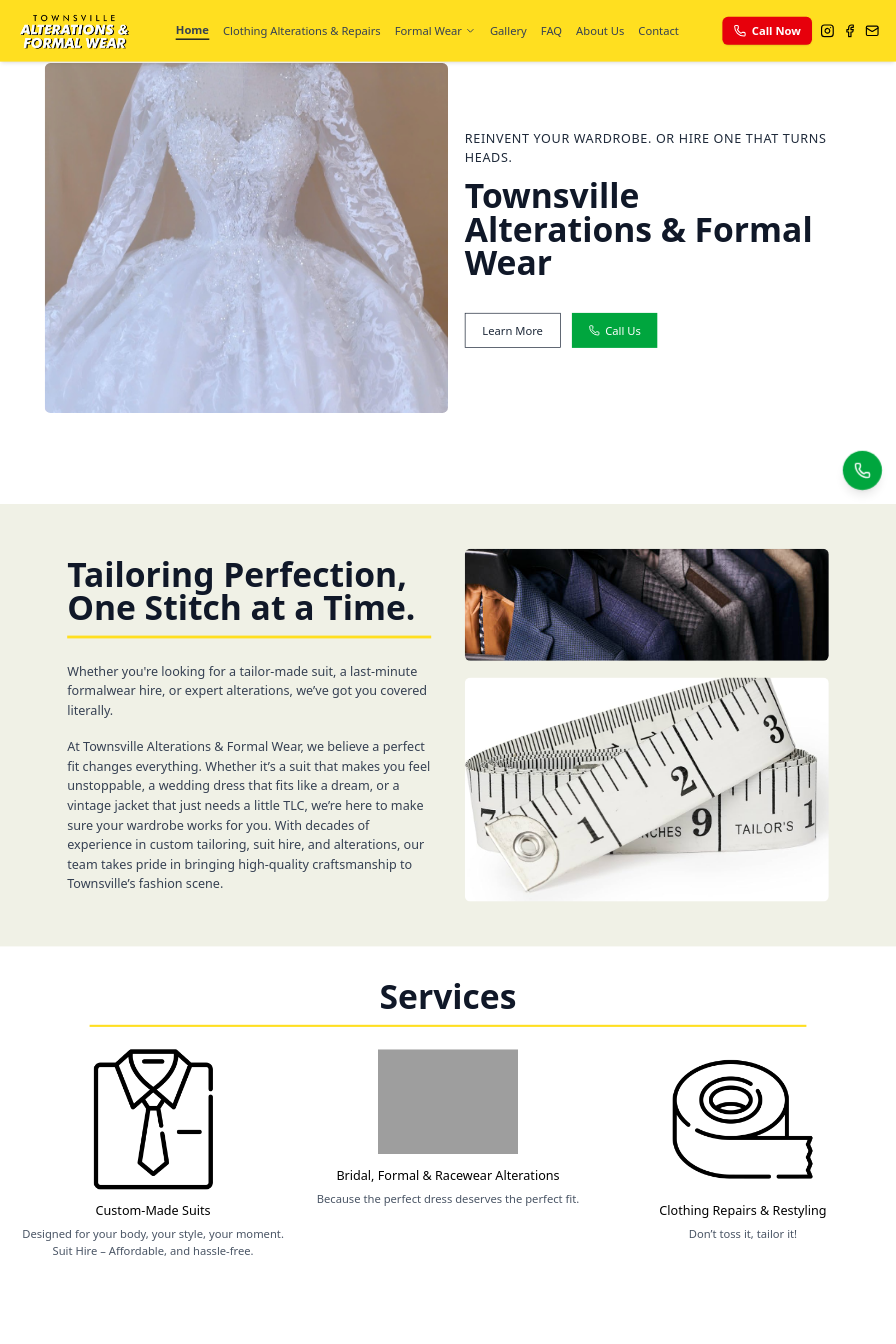
Repository: tarekhasan1/townsville-alteration
Page: /
The author's editor kept a copy of each file at every save. The page is drawn from the files as they stood at one save, then again after the next save.
The browser window is 1280 px wide. The pictures show the part of the page from y = 0 to 1920 px (the page is 3274 px tall), at 70% of full size.
Pictures or frames that could not be fetched are drawn as grey boxes. The page's requests for data from a server got no answer. The project was rebuilt for these pictures with package versions that can differ from the ones it lists, and the page was loaded fresh each time. The framework's server and built-in components were replaced by stand-ins that run in the browser. No one was signed in, and anything a server would have sent is missing. Also part of the build but not shown: next.config.ts.

Above is the page before, as saved 2026-01-23 19:38:30.

After the next save:
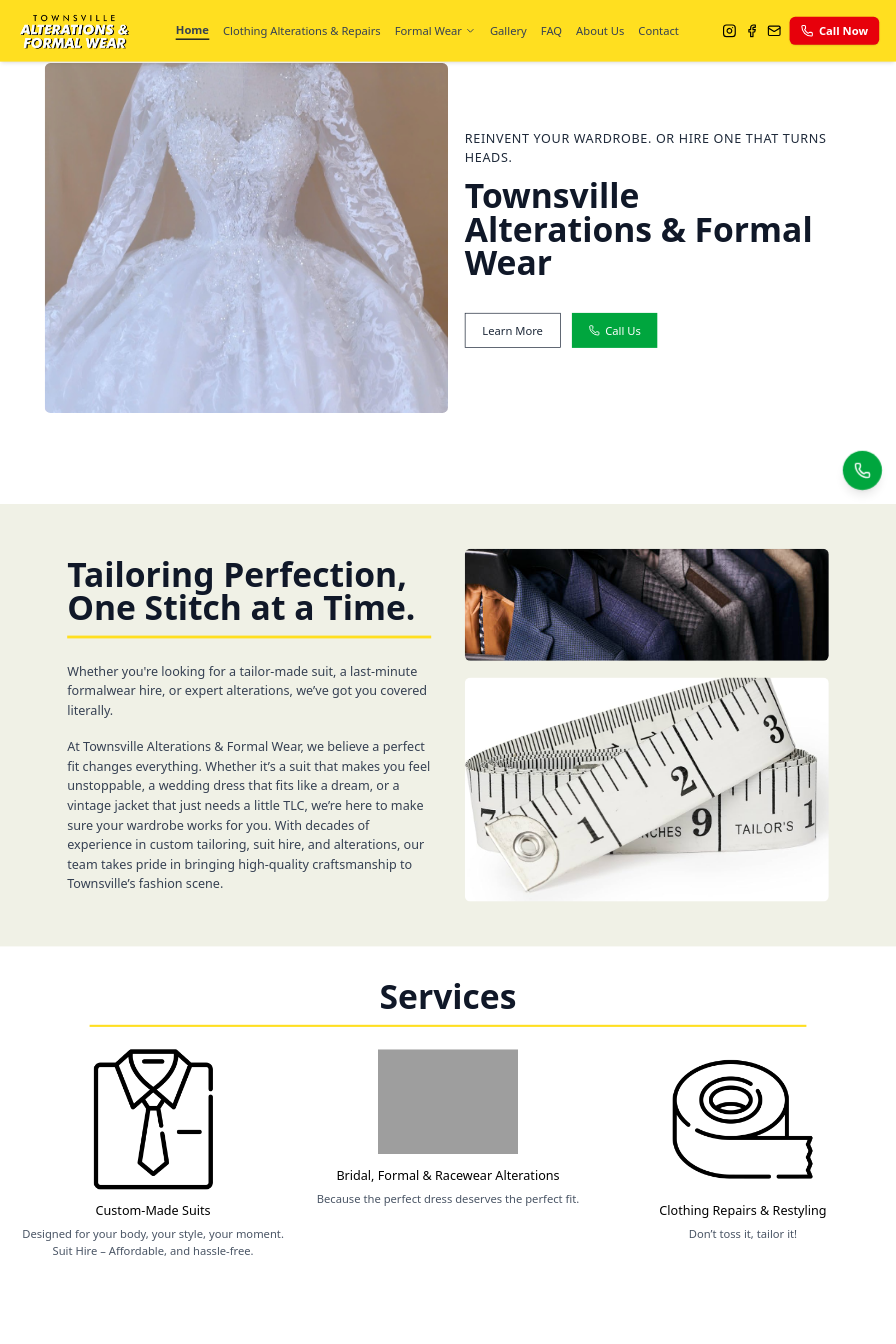
Saved 45 s later.
--- a/src/components/Navbar.tsx
+++ b/src/components/Navbar.tsx
@@ -109,13 +109,6 @@ export default function Navbar() {
 
                 {/* Right Section */}
                 <div className="flex items-center space-x-3">
-                    <button
-                        onClick={handleCallClick}
-                        className="flex items-center gap-2 bg-red-600 hover:bg-red-700 text-white px-4 py-2 rounded-lg font-semibold shadow"
-                    >
-                        <Phone size={18} />
-                        <span className="hidden md:inline">Call Now</span>
-                    </button>
 
                     <div className="hidden md:flex items-center space-x-3">
                         <a href="https://www.instagram.com/tsvalterationformal" target="_blank">
@@ -128,6 +121,13 @@ export default function Navbar() {
                             <Mail size={20} />
                         </a>
                     </div>
+                    <button
+                        onClick={handleCallClick}
+                        className="flex items-center gap-2 bg-red-600 hover:bg-red-700 text-white px-4 py-2 rounded-lg font-semibold shadow"
+                    >
+                        <Phone size={18} />
+                        <span className="hidden md:inline">Call Now</span>
+                    </button>
                 </div>
             </div>
 
